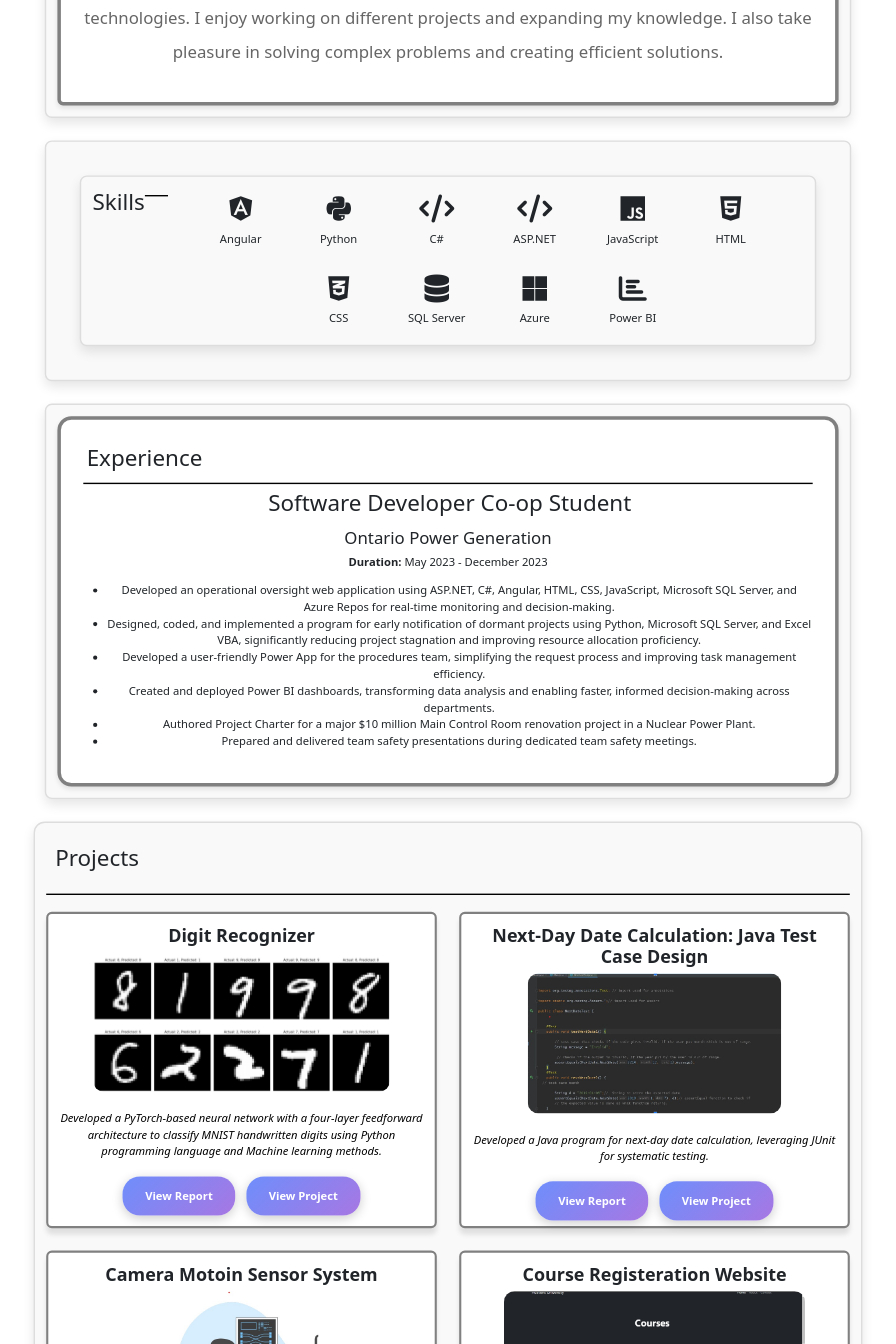
Repository: AkshatKapo/My-Portfolio
Page: /
An editor plug-in stored every save of this project. The page is shown before and after the next save, followed by the edit.
The browser window is 1280 px wide. The pictures show the part of the page from y = 772 to 2692 px (the page is 3226 px tall before and 3260 px after), at 70% of full size.
The project was rebuilt for these pictures with package versions that can differ from the ones it lists, and the page was loaded fresh each time. Also part of the build but not shown: vite.config.js.

Above is the page before, as saved 2024-06-15 16:27:44.

### index.html
<!DOCTYPE html>
<html lang="en">
  <head>
    <meta charset="UTF-8" />
    <link rel="stylesheet" href="https://cdnjs.cloudflare.com/ajax/libs/font-awesome/6.0.0-beta3/css/all.min.css">
    <link rel="stylesheet" href="https://maxcdn.bootstrapcdn.com/bootstrap/4.5.2/css/bootstrap.min.css">

    <meta name="viewport" content="width=device-width, initial-scale=1.0" />
    <title>Vite + React</title>
  </head>
  <body>
    <div id="root"></div>
    <script type="module" src="/src/main.jsx"></script>
  </body>
</html>

### src/main.jsx
import React from 'react'
import ReactDOM from 'react-dom/client'
import App from './App'
import './index.css'
import 'bootstrap/dist/css/bootstrap.min.css';


ReactDOM.createRoot(document.getElementById('root')).render(
  <React.StrictMode>
    <App />
  </React.StrictMode>,
)

### src/App.jsx
import { useEffect } from 'react';
import './App.css';
import Header from './components/Header';
import Home from './components/Home';
import About from './components/About';
import Experience from './components/Experience'; // Corrected import path
import Projects from './components/projects';
import Contact from './components/Contact';
import Skill from './components/skill'
function App() {
  useEffect(() => {
    function reveal() {
      let reveals = document.querySelectorAll(".reveal");// stores all the elements with class reveal into an array

      for (var i = 0; i < reveals.length; i++) { // iterates through reveals array, takes the each element with class reveals
        let windowHeight = window.innerHeight; // gets the height of the view port
        let elementTop = reveals[i].getBoundingClientRect().top;// gets the postion of the element relative to the view port
        let sectionHeight = reveals[i].offsetHeight;// calculates the hieght of the element
        let elementVisible = windowHeight - elementTop > 0 ? windowHeight - elementTop : 0;// calculates the porton  of the element visible(Dstance between the top of the view port  and bottom of visible part of  the element)
        let visibilityRatio = elementVisible / sectionHeight; // Fraction of the element visible

        if (visibilityRatio > 0.5) {  // if the visibility ratio is greater than half then it will make it visible
          reveals[i].classList.add("active");// add class actve to the element to make it visible
        } else { // if its less than 0.5 than it wll not display it or remove the class
          reveals[i].classList.remove("active");
        }
      }
    }

    window.addEventListener("scroll", reveal);// Add scroll as event listenere because wewe want to dsplay elements as user scrolls down

    // Call reveal initially to check the visibility of elements when the component mounts
    reveal();

    // Cleanup function to remove event listener when component unmounts
    return () => {
      window.removeEventListener("scroll", reveal);
    };
  }, []);


  return (
    <div>
      <Header />
      <Home />
      <About />
      <Skill />
      <Experience />
      <Projects />
      <Contact />

    </div>
  );
}

export default App;

/*
Mount: useEffect runs, reveal function defined and called, scroll event listener added.
Scroll: Each scroll triggers the reveal function to recalculate and update element visibility.
Unmount: Cleanup function removes the scroll event listener.
*/

### src/index.css
body {
    font-family: 'Segoe UI', Tahoma, Geneva, Verdana, sans-serif;
    background-color:#ccddff;
    color:black;
    margin: 0;
    padding: 0;
  }


  #root {
    display: flex;
    flex-direction: column;
    min-height: 100vh;
  }

### src/App.css
#root {
  max-width: 1280px;
  margin: 0 auto;
  padding: 2rem;
  text-align: center;
}
.reveal {
  opacity: 0;
  transform: translateY(100px);
  transition: opacity 0.6s ease-out, transform 0.6s ease-out;
}

.reveal.active {
  opacity: 1;
  transform: translateY(0);
}

### src/components/Header.jsx
import React from 'react'
import './Header.css'

const Header = () => {
  return (
    <header>
      <h1 className='title'>AK</h1>
      <nav>
        <ul>
          <li><a href="#home">Home</a></li>
          <li><a href="#about">About</a></li>
          <li><a href="#skills">Skills</a></li>
          <li><a href="#projects">Projects</a></li>
          <li><a href="/Akshat_Kapoor_Resume.pdf">Resume</a></li>
        </ul>
      </nav>
    </header>
  )
}

export default Header

### src/components/Home.jsx
import React from "react";
import "./Home.css";

const Home = () => {
  return (
    <div className="reveal">
      <section id="home">
        <div className="home-content">
          <div className="text-content">
            <h3>Hello, I'm</h3>
            <h1>Akshat Kapoor</h1>
            <h4>A fourth year Software Engineering student</h4>
            <div className="social-icons">
              <a href="https://github.com/yourusername" target="_blank" rel="noopener noreferrer">
                <i className="fab fa-github"></i>
              </a>
              <a href="https://www.linkedin.com/in/yourusername" target="_blank" rel="noopener noreferrer">
                <i className="fab fa-linkedin"></i>
              </a>
              <a href="mailto:youremail@gmail.com" target="_blank" rel="noopener noreferrer">
                <i className="fas fa-envelope"></i>
              </a>
            </div>
          </div>
          <div className="separator"></div>  {/* Added separator */}
          <div className="image-content">
            <img
              src="/mnt/data/image.png"
              alt="Akshat Kapoor"
              className="profile-image"
            />
          </div>
        </div>
      </section>
    </div>
  );
};

export default Home;

### src/components/About.jsx
import React from 'react';
import './About.css';

function About() {
  return (
    <section id="about">
      <div id='about-content'>
       <h2>About Me</h2>
       <div className='seperator'>


       </div>
       <p>I am a dedicated and passionate fourth-year Software Engineering student at Ontario Tech University. Over the years, I've developed my skills in various programming languages and technologies. I enjoy working on different projects and expanding my knowledge. I also take pleasure in solving complex problems and creating efficient solutions. </p>
      </div>
    </section>
  );
}

export default About;

### src/components/Experience.jsx
import React from 'react'
import './Experience.css'

const Experience = () => {
  return (
    <div className="reveal">
      <section id="experience">
        <div id="experience-content">
          <h2>Experience</h2>
          <div className="divider1"></div>
          <div>
            <h3>Software Developer Co-op Student</h3>
            <h4>Ontario Power Generation</h4>
            <p>
              <strong>Duration:</strong> May 2023 - December 2023
            </p>
            <ul>
              <li>Developed an operational oversight web application using ASP.NET, C#, Angular, HTML, CSS, JavaScript, Microsoft SQL Server, and Azure Repos for real-time monitoring and decision-making.</li>
              <li>Designed, coded, and implemented a program for early notification of dormant projects using Python, Microsoft SQL Server, and Excel VBA, significantly reducing project stagnation and improving resource allocation proficiency.</li>
              <li>Developed a user-friendly Power App for the procedures team, simplifying the request process and improving task management efficiency.</li>
              <li>Created and deployed Power BI dashboards, transforming data analysis and enabling faster, informed decision-making across departments.</li>
              <li>Authored Project Charter for a major $10 million Main Control Room renovation project in a Nuclear Power Plant.</li>
              <li>Prepared and delivered team safety presentations during dedicated team safety meetings.</li>
            </ul>
          </div>
        </div>
      </section>
    </div>
  )
}

export default Experience

### src/components/projects.jsx
import React from "react";
import "./projects.css";

const projects = () => {
  return (
    <section id="projects">
      <div class="project-list">
        <h2>Projects</h2>
        <div className="seperator"></div>
        <div class="project-row">
          <div class="project">
            <h3>Digit Recognizer</h3>
            <img src="/assets/images/image.jpg"></img>
            <p>
              Developed a PyTorch-based neural network with a four-layer
              feedforward architecture to classify MNIST handwritten digits
              using Python programming language and Machine learning methods.
            </p>
            <a href="/Machine_Learning_Project.pdf" class="Projectbutton">
              View Report
            </a>
            <a href="link-to-project1" class="Projectbutton2">
              View Project
            </a>
          </div>
          <div class="project">
            <h3>Next-Day Date Calculation: Java Test Case Design </h3>
            <img src="/assets/images/date.jpg"></img>
            <p>
              Developed a Java program for next-day date calculation, leveraging
              JUnit for systematic testing.{" "}
            </p>
            <a href="/100781511_Akshat_Kapoor_TestDesignAssignment_NextDate.pdf" class="Projectbutton">
              View Report
            </a>
            <a href="link-to-project1" class="Projectbutton2">
              View Project
            </a>
          </div>
        </div>
        <div class="project-row">
          <div class="project">
            <h3>Camera Motoin Sensor System</h3>
            <img src="/assets/images/moton sensor.jpg"></img>
            <p>
              Developed a software project management project related to a
              camera motion sensor system, which includes creating project plans and techncal documents.
            </p>
            <a href="/SPM_Project.pdf" class="Projectbutton">
              View Report
            </a>
            <a href="link-to-project1" class="Projectbutton2">
              View Project
            </a>
          </div>
          <div class="project">
            <h3>Course Registeration Website</h3>
            <img src="/assets/images/coursespage.jpg"></img>
            <p>
              Developed a university course registration website,
              meeting deadlines and objectives using HTML, CSS, JavaScript,
              Bootstrap, PHP, and SQL for design and functionality.
            </p>
            <a href="/Data_Report.pdf" class="Projectbutton">
              View Report
            </a>
            <a href="link-to-project1" class="Projectbutton2">
              View Project
            </a>
          </div>
        </div>
      </div>
    </section>
  );
};

export default projects;

### src/components/Contact.jsx
import React from "react";
import "./Contact.css";

const Contact = () => {
  return (
    <footer id="footer">
      <div className="footer-content">
        <ul className="footer-icons">
          <li>
            <a
              href="https://github.com/yourusername"
              target="_blank"
              rel="noopener noreferrer"
            >
              <i className="fab fa-github"></i>
            </a>
          </li>
          <li>
            <a
              href="https://www.linkedin.com/in/yourusername"
              target="_blank"
              rel="noopener noreferrer"
            >
              <i className="fab fa-linkedin"></i>
            </a>
          </li>
          <li>
            <a
              href="mailto:youremail@gmail.com"
              target="_blank"
              rel="noopener noreferrer"
            >
              <i className="fas fa-envelope"></i>
            </a>
          </li>
        </ul>

      </div>
      <p className="footer-copy">© 2024 Akshat Kapoor</p>
    </footer>
  );
};

export default Contact;

### src/components/skill.jsx
import React from 'react'
import './skill.css'

const skills = [
    { name: "Angular", icon: "fab fa-angular" },
    { name: "Python", icon: "fab fa-python" },
    { name: "C#", icon: "fas fa-code" },
    { name: "ASP.NET", icon: "fas fa-code" },
    { name: "JavaScript", icon: "fab fa-js" },
    { name: "HTML", icon: "fab fa-html5" },
    { name: "CSS", icon: "fab fa-css3-alt" },
    { name: "SQL Server", icon: "fas fa-database" },
    { name: "Azure", icon: "fab fa-microsoft" },
    { name: "Power BI", icon: "fas fa-chart-bar" },
  ];

function skill() {
  return (
    <div className="reveal">
      <section id="skills">
        <div className="skills-content">
          <h2>Skills</h2>
          <div className="separator"></div>
          <div className="skills-list">
            {skills.map((skill) => (
              <div className="skill" key={skill.name}>
                <i className={skill.icon}></i>
                <p>{skill.name}</p>
              </div>
            ))}
          </div>
        </div>
      </section>
    </div>
  )
}

export default skill

### src/components/Header.css
header {
  background-color: #333;
  color: white;
  padding: 2%;
  display: flex;
  justify-content: space-between;
  align-items: center;

    /* text-align: center; */
  }
  .title {
    font-family: 'Helvetica', sans-serif;
    font-size: 50px;
    background:white;
    -webkit-background-clip: text;
    color: transparent;
  }


  nav ul {
    list-style-type: none;
    padding: 0;
    margin: 0;
    display: flex;
  }

  nav ul li {
    margin: 0 1rem;
  }

  nav ul li a {
    color: white;
    text-decoration: none;
    font-size: 150%;
  }

### src/components/Home.css
@import url('https://fonts.googleapis.com/css2?family=Roboto:wght@300;400;700&display=swap');

#home {
  padding: 1rem;
  display: flex;
  justify-content: center;
  align-items: center;
  background-color: #f9f9f9;
  border: 2px solid #ddd; /* Light border */
  border-radius: 10px; /* Rounded corners */
  margin: 2rem; /* Margin to ensure it doesn’t touch the edges of the container */

}

.home-content {
  display: flex;
  justify-content: space-between;
  width: 100%;
  max-width: 1200px; /* Adjust the max-width as needed */
  background: #fff; /* Background for the content */
  padding: 2rem; /* Padding around the content */
  box-shadow: 0 4px 8px rgba(0, 0, 0, 0.1); /* Shadow for styling */
  border-radius: 8px; /* Rounded corners */
}

.text-content {
  flex: 1;
  padding-right: 1rem;
  font-family: 'Roboto', sans-serif;

}

.text-content h2 {
  font-size: 2.5rem; /* Adjust the font size as needed */
  font-weight: 900;
  color: #333;
  margin-bottom: 1rem;

}

.text-content p {
  font-size: 1rem; /* Adjust the font size as needed */
  line-height: 1.6; /* Adjust the line height as needed */
  color: #666;
  font-weight: 300;
}

.separator {
  width: 1px;
  background-color: #333;
  height: 250px; /* Adjust the height as needed */
}

.image-content {
  flex: 1;
  display: flex;
  justify-content: center;
}

.profile-image {
  width: 250px;
  height: 250px;
  border-radius: 50%;
  object-fit: cover;
 }

 .social-icons {
  display: flex;
  gap: 30px; /* Adjust the spacing between icons */
  justify-content: center;
}

.social-icons a {
  color: #000; /* Change the color if needed */
  text-decoration: none;
}

.social-icons .icon {
  width: 40px; /* Adjust the size of the icons */
  height: 40px; /* Adjust the size of the icons */
}

.social-icons i {
  font-size: 40px; /* Adjust the size of the font-awesome icons */
}

/* Add hover effect if desired */
.social-icons a:hover {
  opacity: 0.7; /* Example hover effect */
}

### src/components/About.css
#about {
  padding: 1rem;
  display: flex;
  background-color: #f9f9f9;
  border: 2px solid #ddd; /* Light border */
  border-radius: 10px; /* Rounded corners */
  box-shadow: 0 8px 16px rgba(0, 0, 0, 0.1); /* Shadow for depth */
  margin: 2rem; /* Margin to ensure it doesn’t touch the edges of the container */



}
#about-content {
  display: table-column;
  justify-content: space-between;
  width: 100%;
  max-width: 1200px; /* Adjust the max-width as needed */
  background: #fff; /* Background for the content */
  padding: 2rem; /* Padding around the content */
  box-shadow: 0 4px 8px rgba(0, 0, 0, 0.1); /* Shadow for styling */
  border-radius: 8px; /* Rounded corners */
}


#about h2 {
  font-size: 2rem;
  text-align: left; /* This will align the heading to the left */
  margin-bottom: 1rem; /* Adding some space between the heading and the paragraph */
  margin-top: 0.2rem;
  margin-left: 0.3rem;


}
.seperator {
  border-top: 2px solid black;
  width: 100%; /* Adjust as needed */
  margin: 20px 3; /* Adjust as needed */
}

#about p {
  font-size: 1.5rem; /* Adjust the font size as needed */
  line-height: 2; /* Adjust the line height as needed */
  color: #666;
  font-weight: 300;
  }
#about {
  padding: 1rem;
  display: flex;
  background-color: #f9f9f9;
  border: 2px solid #ddd; /* Light border */
  border-radius: 10px; /* Rounded corners */
  box-shadow: 0 8px 16px rgba(0, 0, 0, 0.1); /* Shadow for depth */
  margin: 2rem; /* Margin to ensure it doesn’t touch the edges of the container */



}
#about-content {
  display: table-column;
  justify-content: space-between;
  width: 100%;
  max-width: 1200px; /* Adjust the max-width as needed */
  background: #fff; /* Background for the content */
  padding: 2rem; /* Padding around the content */
  box-shadow: 0 4px 8px rgba(0, 0, 0, 0.1); /* Shadow for styling */
  border-radius: 8px; /* Rounded corners */
  border: 5px solid grey

}


#about h2 {
  font-size: 2rem;
  text-align: left; /* This will align the heading to the left */
  margin-bottom: 1rem; /* Adding some space between the heading and the paragraph */
  margin-top: 0.2rem;
  margin-left: 0.3rem;


}
.seperator {
  border-top: 2px solid black;
  width: 100%; /* Adjust as needed */
  margin: 20px 3; /* Adjust as needed */
}

#about p {
  font-size: 1.5rem; /* Adjust the font size as needed */
  line-height: 2; /* Adjust the line height as needed */
  color: #666;
  font-weight: 300;
  }

### src/components/Experience.css
#experience {
  padding: 1rem;
  display: flex;
  background-color: #f9f9f9;
  border: 2px solid #ddd; /* Light border */
  border-radius: 10px; /* Rounded corners */
  box-shadow: 0 8px 16px rgba(0, 0, 0, 0.1); /* Shadow for depth */
  margin: 2rem; /* Margin to ensure it doesn’t touch the edges of the container */
  }
  #experience-content{
    display: table-column;
    justify-content: space-between;
    width: 100%;
    max-width: 1200px; /* Adjust the max-width as needed */
    background: #fff; /* Background for the content */
    padding: 2rem; /* Padding around the content */
    box-shadow: 0 4px 8px rgba(0, 0, 0, 0.1); /* Shadow for styling */
    border-radius: 20px; /* Rounded corners */
    border: 5px solid grey;
  }
  #experience h2 {
    font-size: 2rem;
    text-align: left; /* This will align the heading to the left */
    margin-bottom: 1rem; /* Adding some space between the heading and the paragraph */
    margin-top: 0.2rem;
    margin-left: 0.3rem;

  }
  .divider1 {
    border-top: 2px solid black;
    width: 100%; /* Adjust as needed */
    margin: 20px 3; /* Adjust as needed */
  }
  #experience h3 {
    font-size: 2rem;
    text-align: center;
    margin-bottom: 1rem; /* Adding some space between the heading and the paragraph */
    margin-top: 0.5rem;
    margin-left: 0.3rem;

  }
  .experience-content ul {
    list-style-type: disc; /* or another type of bullet, like circle or square */
    margin-left: 20px;
  }

  .experience-content li {
    margin-bottom: 10px;
  }

### src/components/Contact.css
#footer {
  background-color: #333;
  padding: 1rem 0;
  text-align: center;
  color: white;
}

.footer-content {
  display: flex;
  justify-content: center;
  align-items: center;
  margin-bottom: 1rem;
}

.footer-icons {
  list-style: none;
  padding: 0;
  margin: 0;
  text-align: center;
}

.footer-icons li {
  display: inline-block;
  margin: 0 20px; /* Increased margin for more gap between icons */
}

.footer-icons li a {
  color: grey; /* Change color as needed */
  font-size: 40px; /* Adjust size as needed */
  text-decoration: none;
}

.footer-icons li a:hover {
  color: #007bff; /* Change color on hover as needed */
}
.footer-copy {
  margin-top: 1rem;
  font-size: 16px;
  color: #aaa;
}

### src/components/skill.css
#skills {

    padding: 1rem;
    display: flex;
    background-color: #f9f9f9;
    border: 2px solid #ddd; /* Light border */
    border-radius: 10px; /* Rounded corners */
    box-shadow: 0 8px 16px rgba(0, 0, 0, 0.1); /* Shadow for depth */
    margin: 2rem; /* Margin to ensure it doesn’t touch the edges of the container */


}


.skills-content {
  padding: 1rem;
  display: flex;
  background-color: #f9f9f9;
  border: 2px solid #ddd; /* Light border */
  border-radius: 10px; /* Rounded corners */
  box-shadow: 0 8px 16px rgba(0, 0, 0, 0.1); /* Shadow for depth */
  margin: 2rem; /* Margin to ensure it doesn’t touch the edges of the container */

  }

  .skills-list {
    display: flex;
    flex-wrap: wrap;
    justify-content: center;
    gap: 20px;
  }

  .skill {
    display: flex;
    flex-direction: column;
    align-items: center;
    width: 100px;
    margin: 10px;
  }

  .skill i {
    font-size: 40px;
    margin-bottom: 10px;
  }

  .skill p {
    font-size: 16px;
    margin: 0;
  }

  .separator {
    height: 2px;
    width: 50px;
    background-color: #000;
    margin: 10px auto 20px;
  }

Loaded but not shown: src/components/projects.css (103 lines, source omitted)

After the next save:
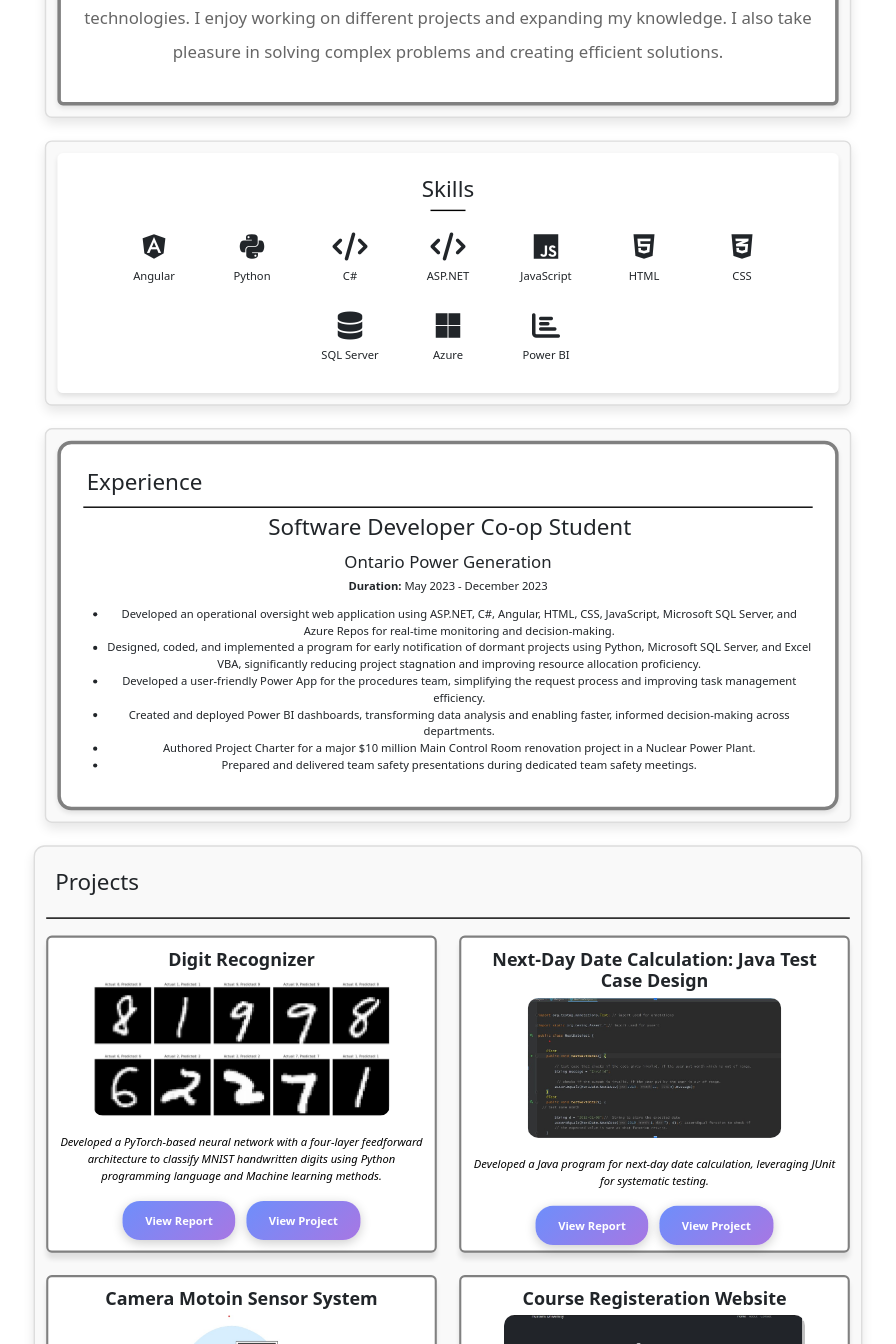
Saved 14 s later.
--- a/src/components/skill.css
+++ b/src/components/skill.css
@@ -13,14 +13,14 @@
 
 
 .skills-content {
-  padding: 1rem;
-  display: flex;
-  background-color: #f9f9f9;
-  border: 2px solid #ddd; /* Light border */
-  border-radius: 10px; /* Rounded corners */
-  box-shadow: 0 8px 16px rgba(0, 0, 0, 0.1); /* Shadow for depth */
-  margin: 2rem; /* Margin to ensure it doesn’t touch the edges of the container */
-
+    display: table-column;
+    justify-content: space-between;
+    width: 100%;
+    max-width: 1200px; /* Adjust the max-width as needed */
+    background: #fff; /* Background for the content */
+    padding: 2rem; /* Padding around the content */
+    box-shadow: 0 4px 8px rgba(0, 0, 0, 0.1); /* Shadow for styling */
+    border-radius: 8px; /* Rounded corners */
   }
 
   .skills-list {
